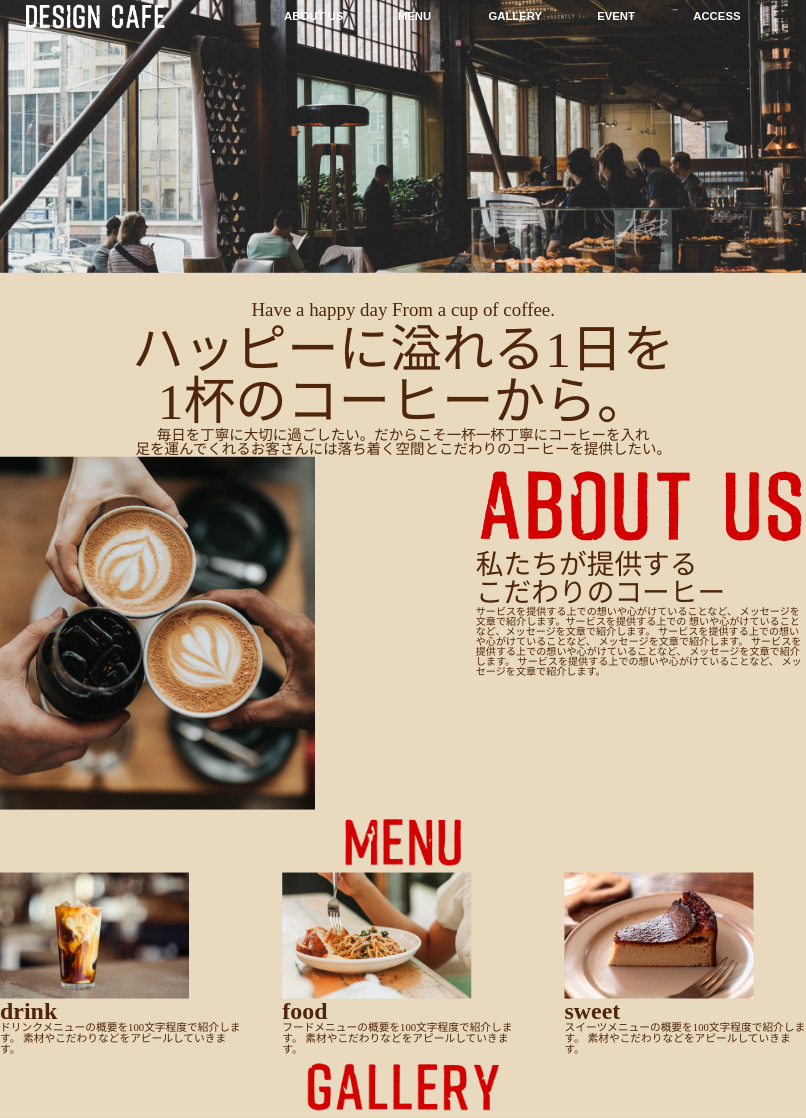
Repository: sonoyama01/dezasuta
Page: 第4回課題/index.html
These files come from the project's save history. The page is drawn as it stood at one moment and after the next save; the edit follows.
The browser window is 1280 px wide. The pictures show the whole page, at 63% of full size.

Above is the page before, as saved 2024-05-02 14:31:25.

After the next save:
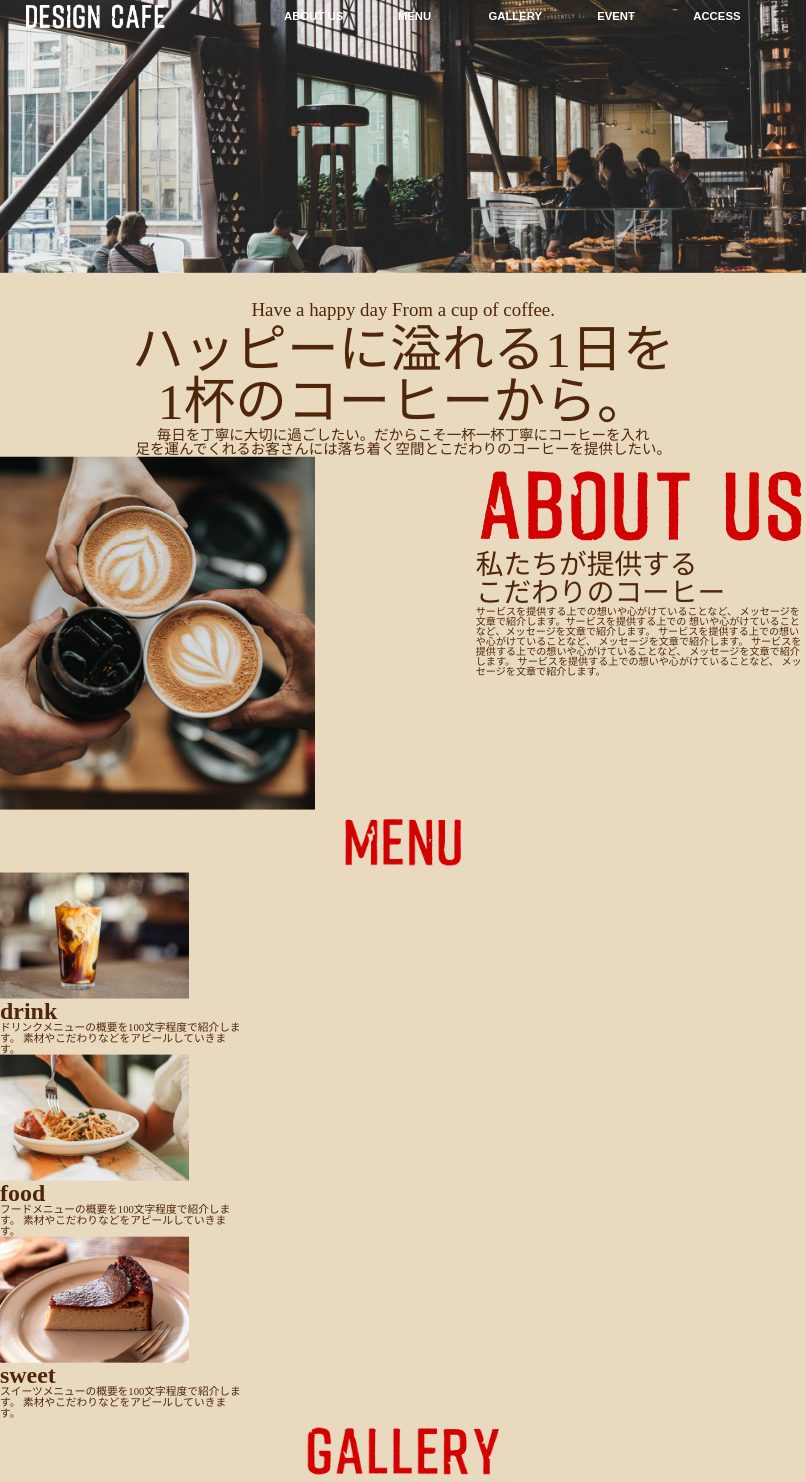
Saved 25 min 38 s later.
--- a/第4回課題/css/style.css
+++ b/第4回課題/css/style.css
@@ -136,7 +136,7 @@ body {
   width: 15.1%;
   margin: 0 auto;
 }
-.menu_fx {
+.menu {
   display: flex;
   justify-content: space-between;
 }

After the save that followed:
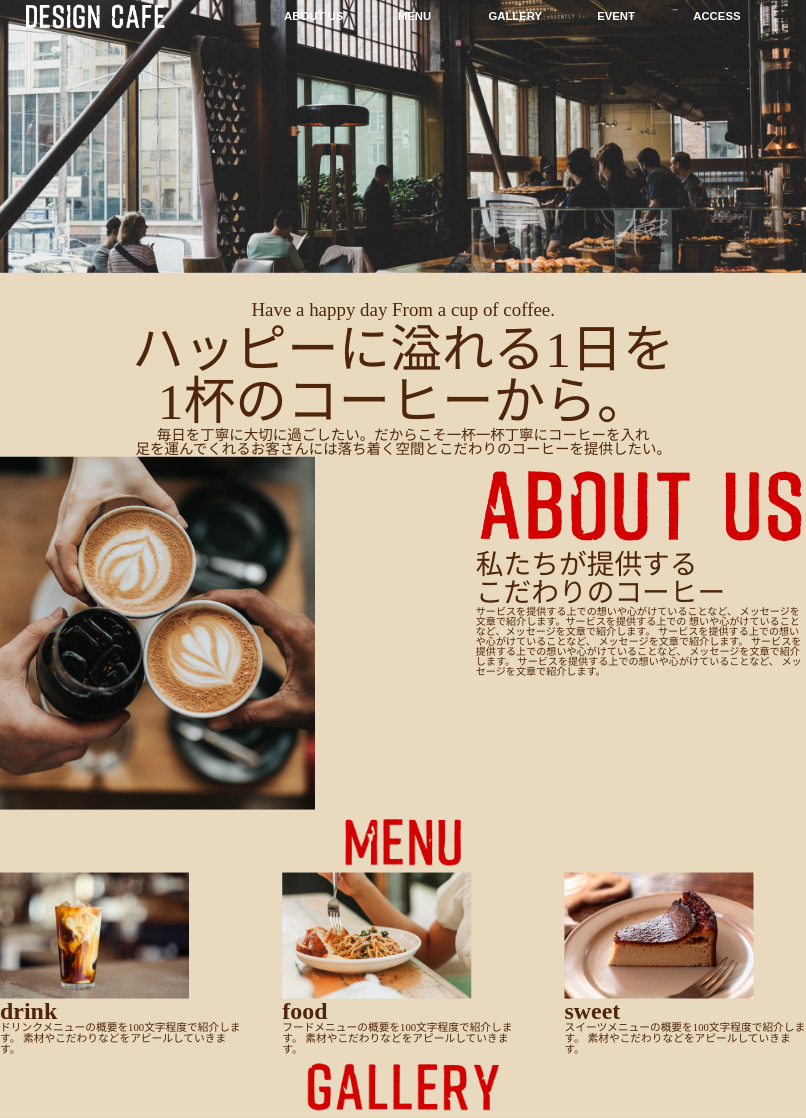
Saved 41 s later.
--- a/第4回課題/index.html
+++ b/第4回課題/index.html
@@ -82,7 +82,7 @@
 
     <section id="menu">
         <h2><img src="./images/menu@2x.png" alt="menu"></h2>
-        <div class="menu_fx">
+        <div class="menu">
             <div class="menu_item">
                 <img src="./images/pc_menu_drink-100.jpg" alt="drink">
                 <h3>drink</h3>
